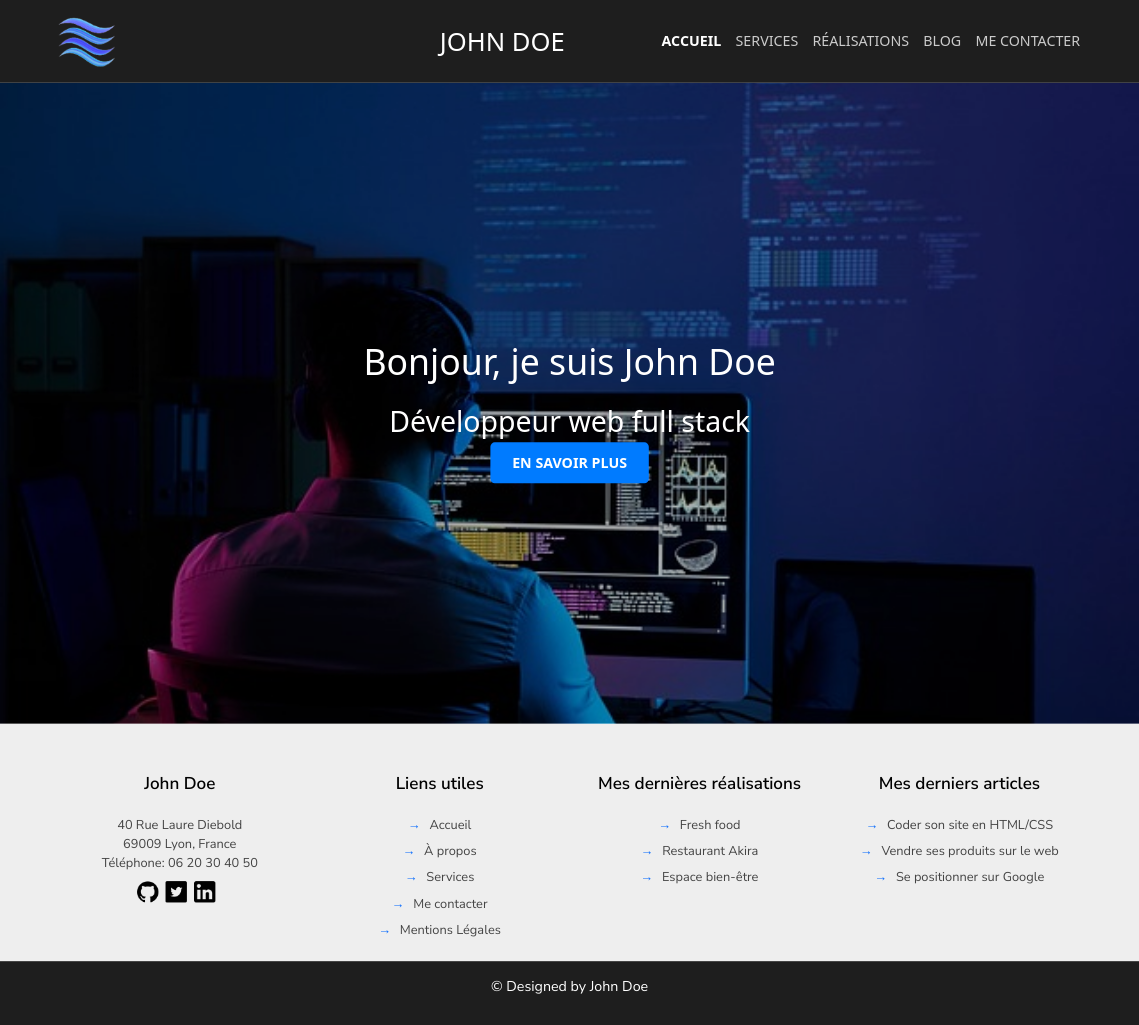
Repository: MagicCogs/optimisation-de-cv
Page: /
These files come from the project's save history. The page is drawn as it stood at one moment and after the next save; the edit follows.
The browser window is 1280 px wide. The pictures show the whole page, at 89% of full size.
The project was rebuilt for these pictures with package versions that can differ from the ones it lists, and the page was loaded fresh each time. Also part of the build but not shown: src/pages/Apropos.jsx, src/pages/Services.jsx, src/pages/Realisations.jsx, src/pages/Blog.jsx, src/pages/Contact.jsx, src/pages/MentionsLegales.jsx.

Above is the page before, as saved 2024-12-15 15:46:05.

After the next save:
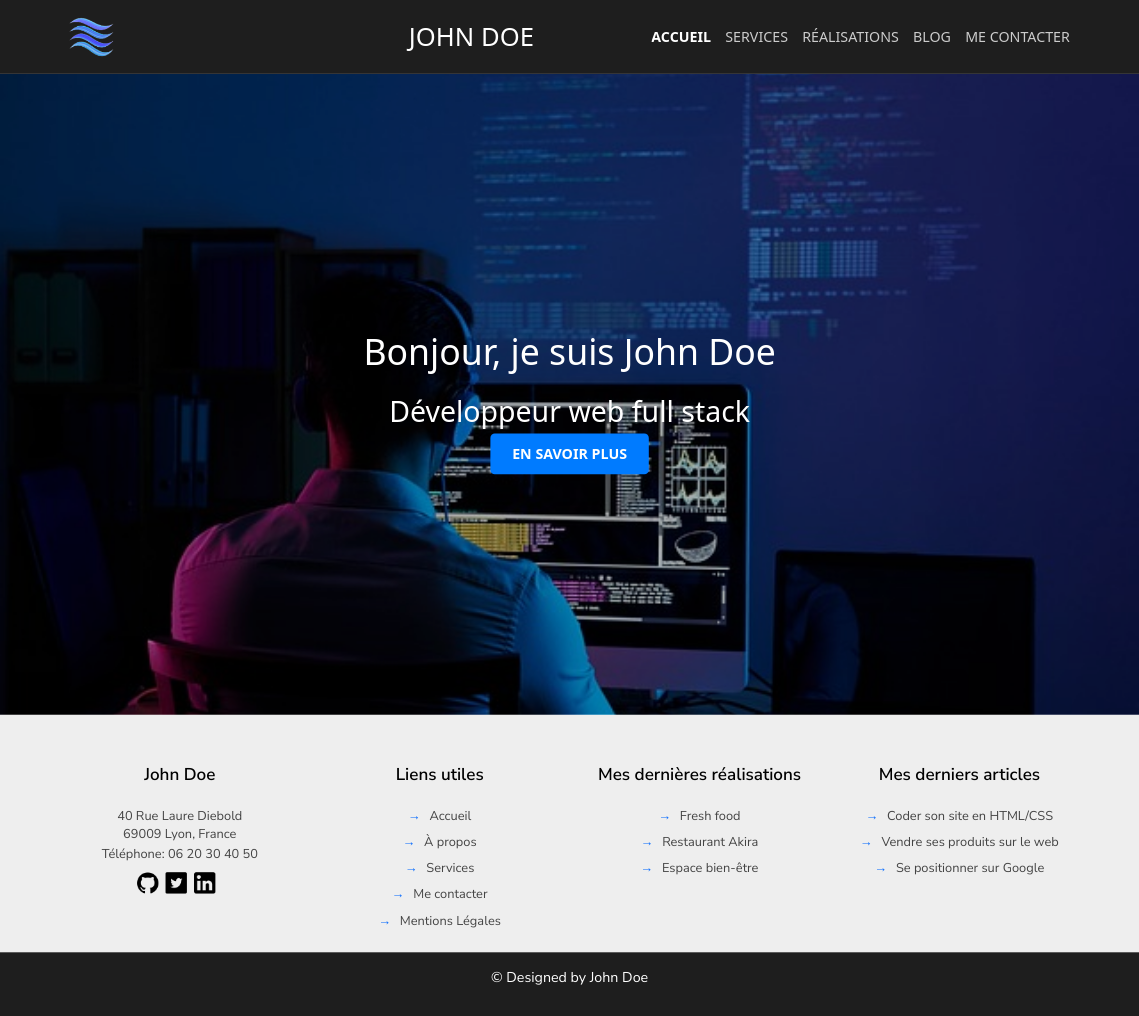
Saved 59 min 53 s later.
--- a/src/components/Header.jsx
+++ b/src/components/Header.jsx
@@ -8,9 +8,9 @@ const Header = () => {
 
   return (
     <header className="header">
-      <div className="icon-card">
+      <a href="/" class="logo">
           <img src={logo} alt="Logo Icon" className="logo" />
-      </div>
+      </a>
       <h1>JOHN DOE</h1>
       <nav className={`navbar ${menuOpen ? 'open' : ''}`}>
         <ul>
